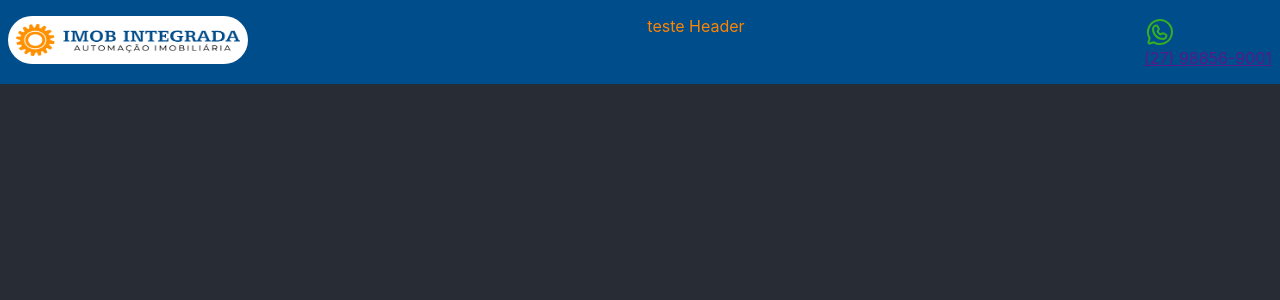
Repository: K0slov/testeAPI
Page: /
These files come from the project's save history. The page is drawn as it stood at one moment and after the next save; the edit follows.
The browser window is 1280 px wide. The pictures show the whole page.
The project was rebuilt for these pictures with package versions that can differ from the ones it lists, and the page was loaded fresh each time. Also part of the build but not shown: vite.config.ts.

Above is the page before, as saved 2022-06-27 14:57:39.

### src/App.tsx
import { Header } from "./components/Header/header"


function App() {
  return (
    <Header />
  )
}

export default App

### src/styles/global.css
body {
  margin: 0;
  font-family: -apple-system, 'Roboto', sans-serif;
  -webkit-font-smoothing: antialiased;
  -moz-osx-font-smoothing: grayscale;
  background-color: #282c34;
  color: white;
}

code {
  font-family: source-code-pro, Menlo, Monaco, Consolas, 'Courier New',
    monospace;
}

### src/components/Header/header.tsx
import React from "react";
import './style.modeule.css'
import image from '../../assets/logoLaranja.png'
import { WhatsappLogo } from "phosphor-react";

export function Header() {
    return(
        <header>
            <img src={image} />
            teste Header
            <div className="wpp">
                <WhatsappLogo size={32} color="#34af23" />
                <a href="">
                    (27) 98856-9001
                </a>
            </div>
        </header>
    )
}

### src/components/Header/style.modeule.css
header{
    padding: 1rem 0.5rem;
    background-color: #004d8b;
    display: flex;
    align-itens: center;
    color: #fd8402;
    justify-content: space-between;
}

img{
    width: 14rem;
    height: 2rem;
    background: white;
    border-radius: 4rem;
    padding: 0.5rem;
}
.wpp {
    display: flex;
    flex-direction: column;
    align-self:
}

Loaded but not shown: index.html (common file); src/main.tsx (common file)

After the next save:
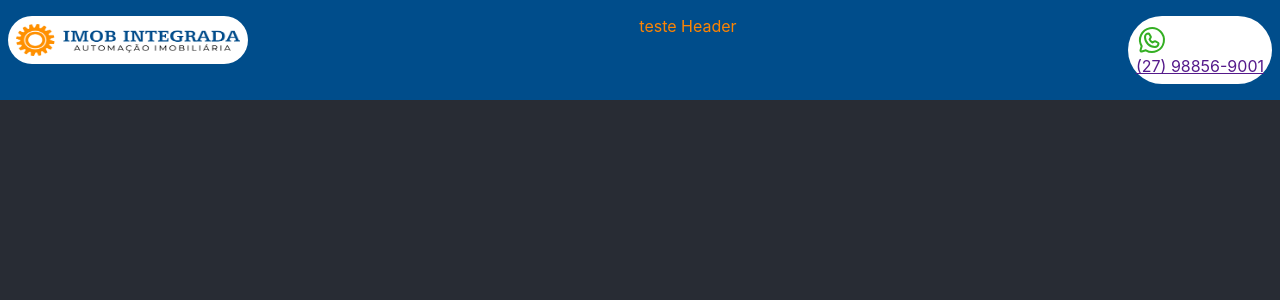
Saved 20 s later.
--- a/src/components/Header/style.modeule.css
+++ b/src/components/Header/style.modeule.css
@@ -17,5 +17,7 @@ img{
 .wpp {
     display: flex;
     flex-direction: column;
-    align-self:
+    background: white;
+    border-radius: 4rem;
+    padding: 0.5rem;
 }
